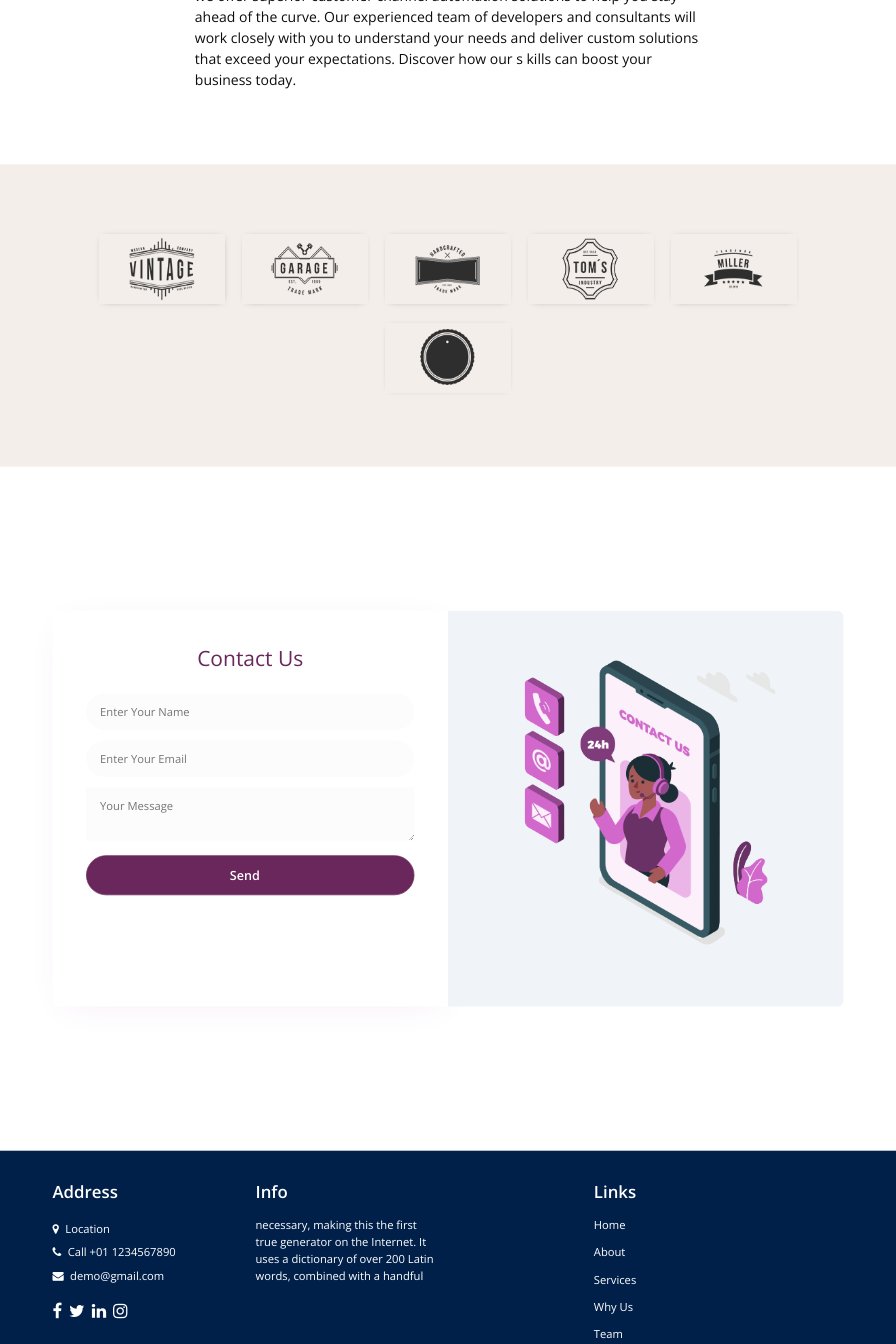
Repository: samuelsns/S-S-Software
Page: index.html
These files come from the project's save history. The page is drawn as it stood at one moment and after the next save; the edit follows.
The browser window is 1280 px wide. The pictures show the part of the page from y = 2977 to 4897 px (the page is 5029 px tall before and 4849 px after), at 70% of full size.

Above is the page before, as saved 2023-12-01 02:46:28.

After the next save:
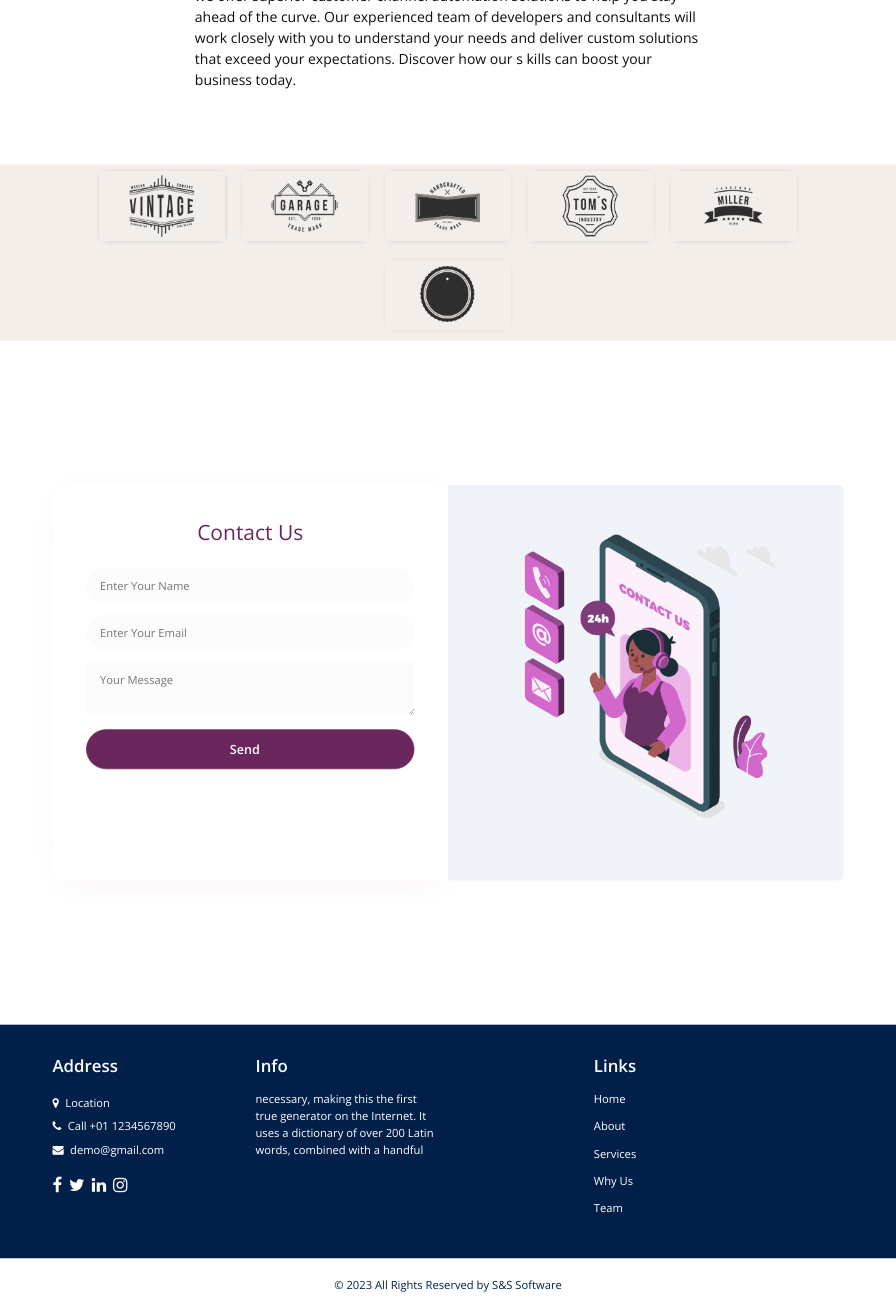
Saved 20 s later.
--- a/index.html
+++ b/index.html
@@ -365,7 +365,7 @@
     <!-- end why section -->
 
     <!-- client section -->
-    <section class="client_section layout_padding">
+    <section class="client_section ">
       <div class="container">
         <div class="heading_container heading_center">
           <div class="our-clients">
